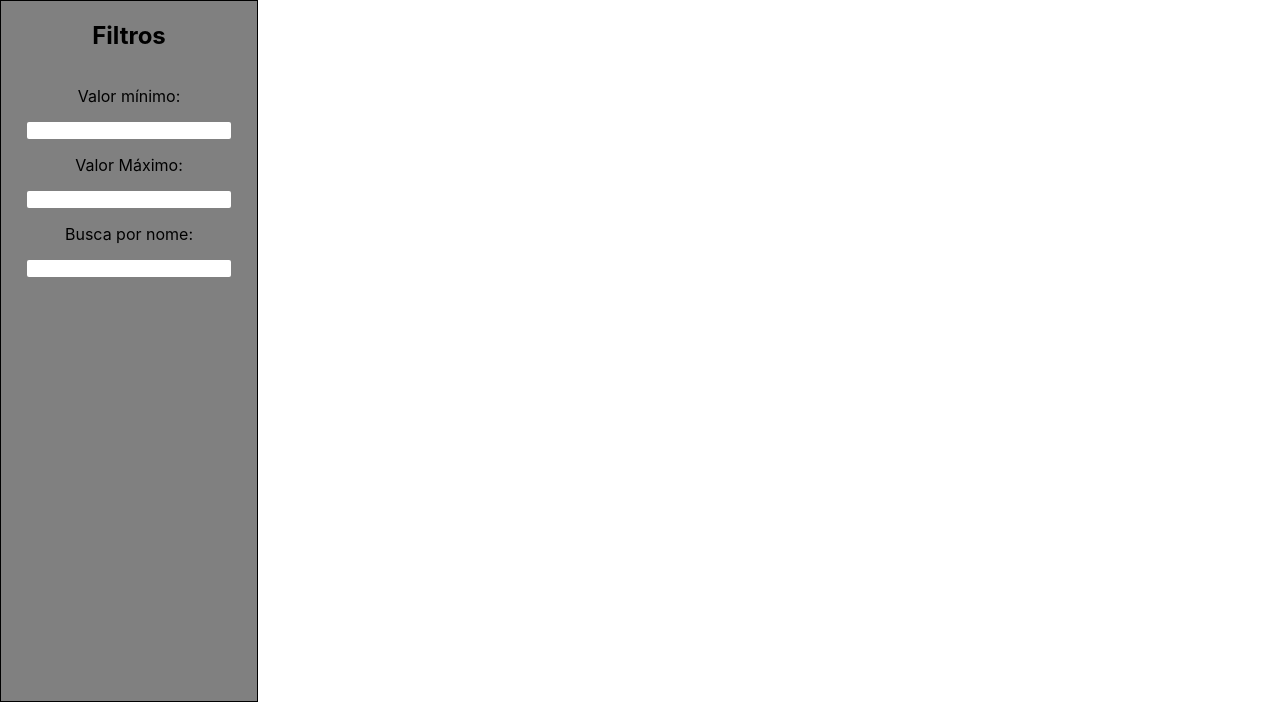
Repository: future4code/Shaw-labe-commerce9
Page: /
These files come from the project's save history. The page is drawn as it stood at one moment and after the next save; the edit follows.
The browser window is 1280 px wide. The pictures show the whole page.
The project was rebuilt for these pictures with package versions that can differ from the ones it lists, and the page was loaded fresh each time. Also part of the build but not shown: src/App.css.

Above is the page before, as saved 2022-03-30 16:40:56.

### src/App.js
import React from 'react';
import './App.css';
import Filtro from './components/filtro';




class App extends React.Component{
  render(){
    return(

      <div>
      <Filtro />




      </div>


    )
  }

}

export default App

### src/components/filtro.jsx
import React from "react";
import styled from "styled-components";


const ContainerFiltro =styled.div`
background-color: grey;
display: flex;
flex-direction: column;
justify-content: flex-start;
width: 20%;
border: 0.3px solid black;
height:700px;
align-items: center;

input{
    width: 200px;
    border-radius: 2px;
    border: 0.3px;
}

`






export default class Filtro extends React.Component {

    state = {
        inputValorMin:100,
        inputValorMax:'',
        inputBuscaNome:''
    }




onChangeFilter =(event) => {

this.setState({

    inputValorMin: event.target.value,
    inputValorMax: event.target.value,
    inputBuscaNome: event.target.value

})

}


    render(){

        return(

        <ContainerFiltro>

        <h2>Filtros</h2>
        <p>Valor mínimo: </p>
        <input type="number" value={this.state.inputValorMin.value} />
        <p>Valor Máximo: </p>
        <input type="number" value={this.state.inputValorMax.value} />
        <p>Busca por nome: </p>
        <input type="text" value={this.state.inputBuscaNome.value}  />


         </ContainerFiltro>

        )
    }
}

Loaded but not shown: public/index.html (common file); src/index.js (common file); src/index.css (common file); src/serviceWorker.js (common file)

After the next save:
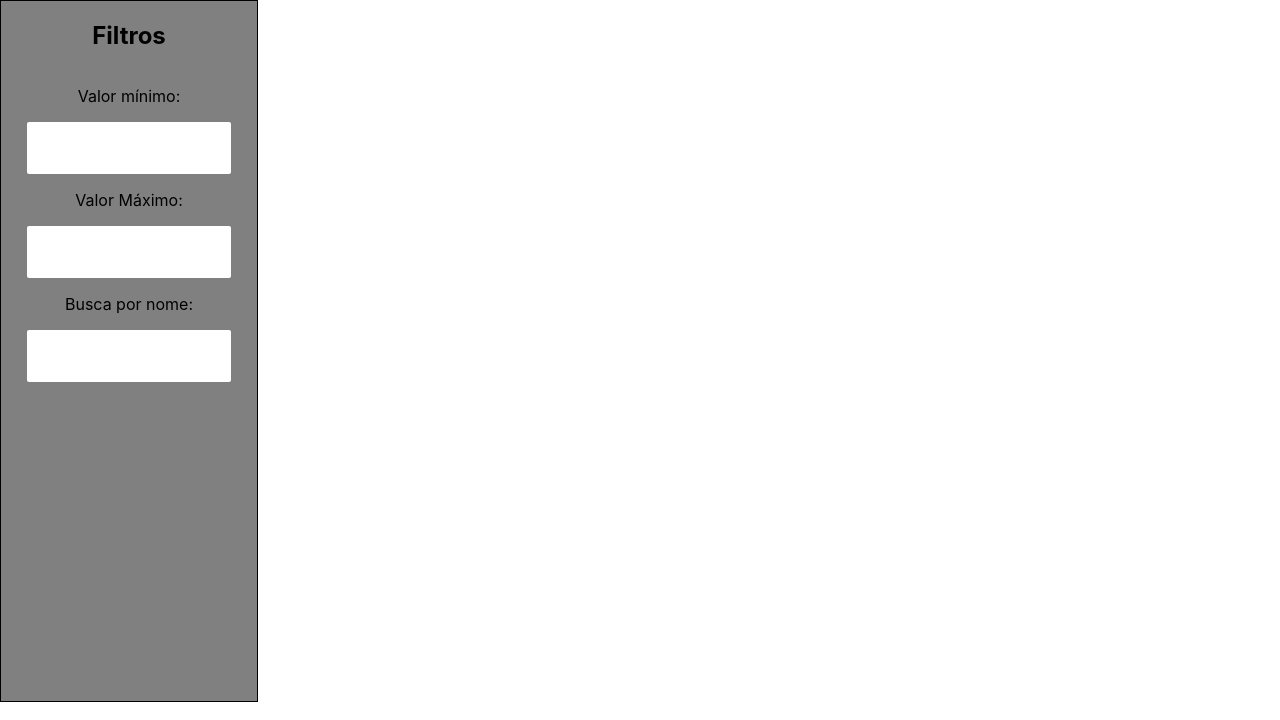
Saved 17 s later.
--- a/src/components/filtro.jsx
+++ b/src/components/filtro.jsx
@@ -14,6 +14,7 @@ align-items: center;
 
 input{
     width: 200px;
+    height: 50px;
     border-radius: 2px;
     border: 0.3px;
 }
